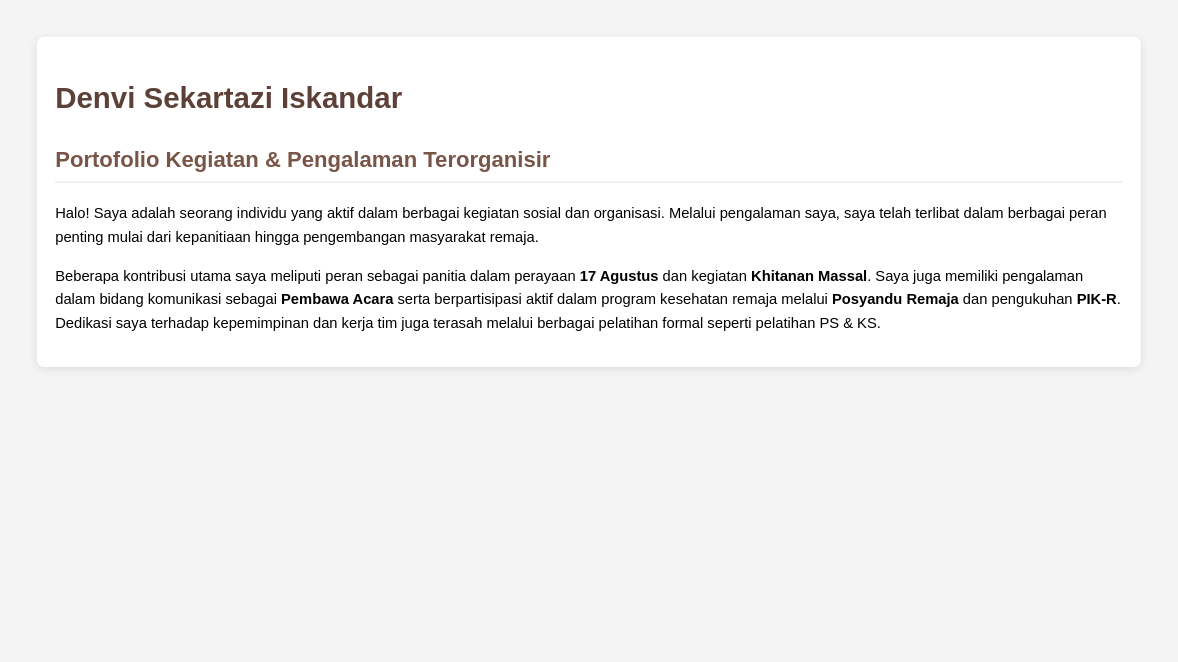
Repository: sekartazivi/241552010020-Web-Application-Development
Page: tugas pertemuan 2/latihan1.html
These files come from the project's save history. The page is drawn as it stood at one moment and after a run of saves; the edit follows.
The browser window is 1280 px wide. The pictures show the whole page, at 92% of full size.

Above is the page before, as saved 2026-02-23 13:18:19.

### tugas pertemuan 2/latihan1.html
<!DOCTYPE html>
<html lang="id">
<head>
    <meta charset="UTF-8">
    <meta name="viewport" content="width=device-width, initial-scale=1.0">
    <title>Portofolio Denvi Sekartazi Iskandar</title>
    <style>
        body {
            font-family: Arial, sans-serif;
            line-height: 1.6;
            margin: 40px;
            background-color: #f4f4f4;
        }
        .container {
            background: white;
            padding: 20px;
            border-radius: 8px;
            box-shadow: 0 2px 10px rgba(0,0,0,0.1);
        }
        h1 {
            color: #5d4037;
        }
        h2 {
            color: #795548;
            border-bottom: 2px solid #eee;
            padding-bottom: 5px;
        }
    </style>
</head>
<body>

    <div class="container">
        <h1>Denvi Sekartazi Iskandar</h1>
        <h2>Portofolio Kegiatan & Pengalaman Terorganisir</h2>

        <p>
            Halo! Saya adalah seorang individu yang aktif dalam berbagai kegiatan sosial dan organisasi.
            Melalui pengalaman saya, saya telah terlibat dalam berbagai peran penting mulai dari kepanitiaan
            hingga pengembangan masyarakat remaja.
        </p>

        <p>
            Beberapa kontribusi utama saya meliputi peran sebagai panitia dalam perayaan <strong>17 Agustus</strong>
            dan kegiatan <strong>Khitanan Massal</strong>. Saya juga memiliki pengalaman dalam bidang komunikasi
            sebagai <strong>Pembawa Acara</strong> serta berpartisipasi aktif dalam program kesehatan remaja melalui
            <strong>Posyandu Remaja</strong> dan pengukuhan <strong>PIK-R</strong>. Dedikasi saya terhadap kepemimpinan
            dan kerja tim juga terasah melalui berbagai pelatihan formal seperti pelatihan PS & KS.
        </p>
    </div>

</body>
</html>

After the next 2 saves:
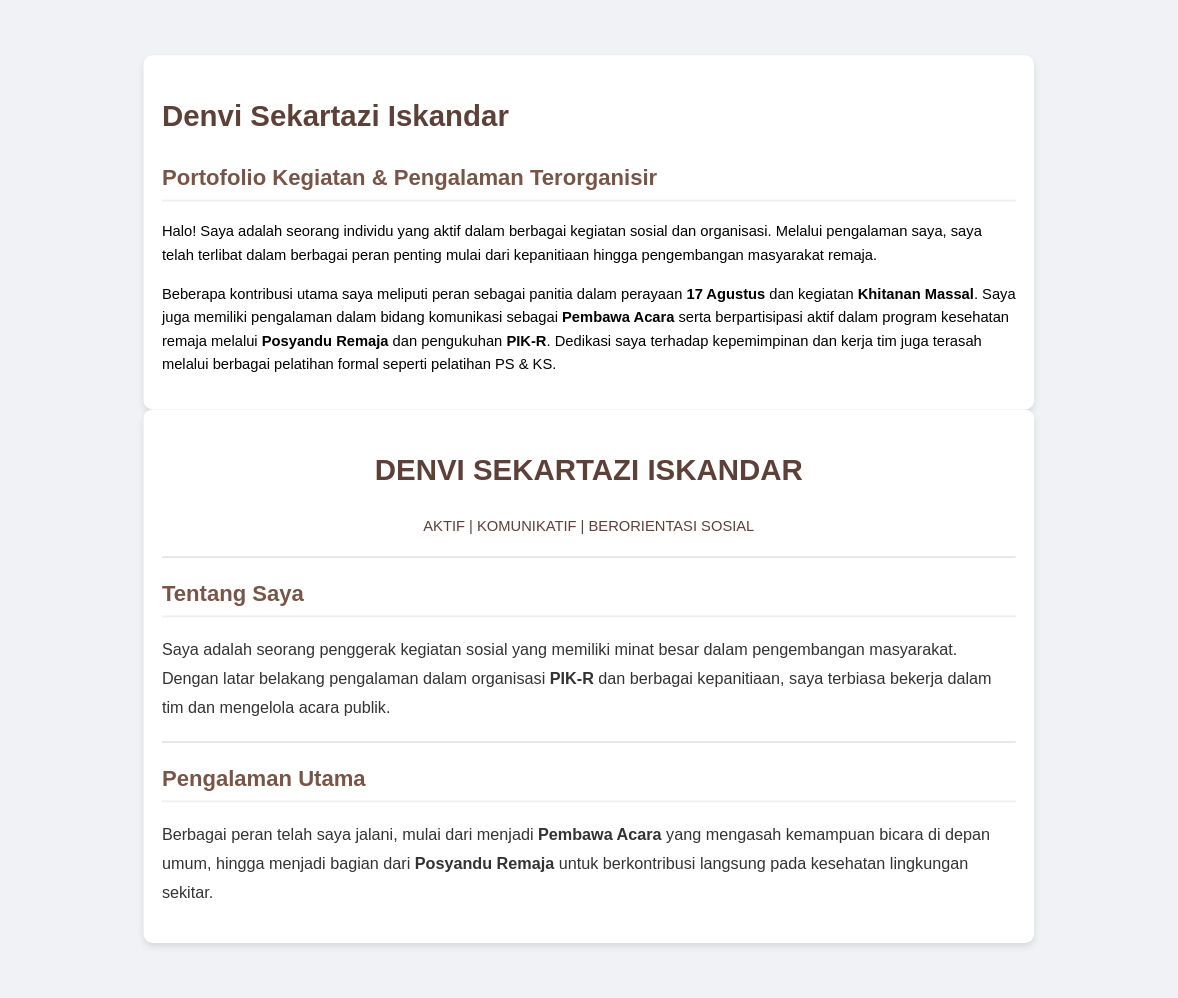
The 2 saves are shown as one change because they came seconds apart.
The last was saved 4 min 34 s later.
--- a/tugas pertemuan 2/latihan1.html
+++ b/tugas pertemuan 2/latihan1.html
@@ -50,3 +50,81 @@
 
 </body>
 </html>
+
+
+<!DOCTYPE html>
+<html lang="id">
+<head>
+    <meta charset="UTF-8">
+    <meta name="viewport" content="width=device-width, initial-scale=1.0">
+    <title>Halaman Personal - Denvi Sekartazi</title>
+    <style>
+        /* Menggunakan Class untuk styling umum */
+        .container {
+            width: 80%;
+            margin: auto;
+            background-color: #ffffff;
+            padding: 20px;
+            border-radius: 10px;
+            box-shadow: 0px 4px 8px rgba(0,0,0,0.1);
+        }
+
+        /* Menggunakan ID untuk elemen spesifik */
+        #main-header {
+            text-align: center;
+            color: #5d4037;
+            text-transform: uppercase;
+        }
+
+        .section-title {
+            color: #795548;
+            margin-top: 20px;
+        }
+
+        .description {
+            font-size: 1.1em;
+            color: #333;
+            line-height: 1.8;
+        }
+
+        hr {
+            border: 0;
+            height: 1px;
+            background: #ccc;
+            margin: 20px 0;
+        }
+    </style>
+</head>
+<body style="background-color: #f0f2f5; padding: 20px;">
+
+    <div class="container">
+
+        <header id="main-header">
+            <h1>Denvi Sekartazi Iskandar</h1>
+            <p>Aktif | Komunikatif | Berorientasi Sosial</p>
+        </header>
+
+        <hr> <div id="about-me" class="content-section">
+            <h2 class="section-title">Tentang Saya</h2>
+            <p class="description">
+                Saya adalah seorang penggerak kegiatan sosial yang memiliki minat besar dalam pengembangan masyarakat.
+                Dengan latar belakang pengalaman dalam organisasi <strong>PIK-R</strong> dan berbagai kepanitiaan,
+                saya terbiasa bekerja dalam tim dan mengelola acara publik.
+            </p>
+        </div>
+
+        <hr>
+
+        <div id="experience" class="content-section">
+            <h2 class="section-title">Pengalaman Utama</h2>
+            <p class="description">
+                Berbagai peran telah saya jalani, mulai dari menjadi <strong>Pembawa Acara</strong> yang mengasah
+                kemampuan bicara di depan umum, hingga menjadi bagian dari <strong>Posyandu Remaja</strong>
+                untuk berkontribusi langsung pada kesehatan lingkungan sekitar.
+            </p>
+        </div>
+
+    </div>
+
+</body>
+</html>

After the save that followed:
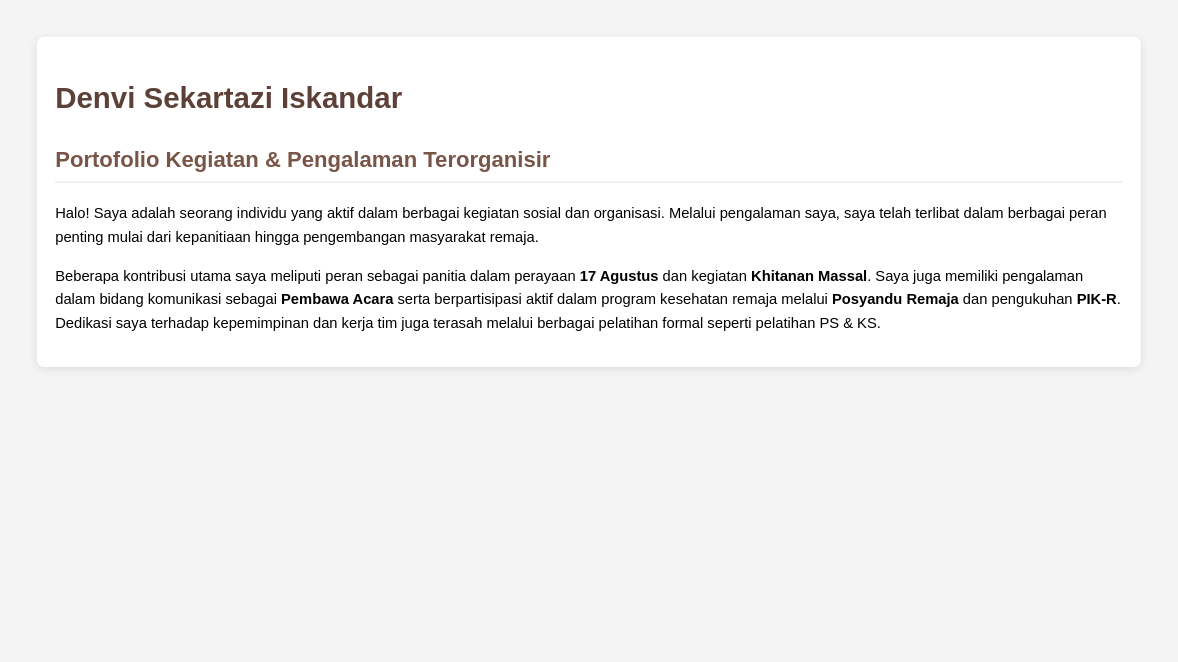
Saved 49 s later.
--- a/tugas pertemuan 2/latihan1.html
+++ b/tugas pertemuan 2/latihan1.html
@@ -50,81 +50,3 @@
 
 </body>
 </html>
-
-
-<!DOCTYPE html>
-<html lang="id">
-<head>
-    <meta charset="UTF-8">
-    <meta name="viewport" content="width=device-width, initial-scale=1.0">
-    <title>Halaman Personal - Denvi Sekartazi</title>
-    <style>
-        /* Menggunakan Class untuk styling umum */
-        .container {
-            width: 80%;
-            margin: auto;
-            background-color: #ffffff;
-            padding: 20px;
-            border-radius: 10px;
-            box-shadow: 0px 4px 8px rgba(0,0,0,0.1);
-        }
-
-        /* Menggunakan ID untuk elemen spesifik */
-        #main-header {
-            text-align: center;
-            color: #5d4037;
-            text-transform: uppercase;
-        }
-
-        .section-title {
-            color: #795548;
-            margin-top: 20px;
-        }
-
-        .description {
-            font-size: 1.1em;
-            color: #333;
-            line-height: 1.8;
-        }
-
-        hr {
-            border: 0;
-            height: 1px;
-            background: #ccc;
-            margin: 20px 0;
-        }
-    </style>
-</head>
-<body style="background-color: #f0f2f5; padding: 20px;">
-
-    <div class="container">
-
-        <header id="main-header">
-            <h1>Denvi Sekartazi Iskandar</h1>
-            <p>Aktif | Komunikatif | Berorientasi Sosial</p>
-        </header>
-
-        <hr> <div id="about-me" class="content-section">
-            <h2 class="section-title">Tentang Saya</h2>
-            <p class="description">
-                Saya adalah seorang penggerak kegiatan sosial yang memiliki minat besar dalam pengembangan masyarakat.
-                Dengan latar belakang pengalaman dalam organisasi <strong>PIK-R</strong> dan berbagai kepanitiaan,
-                saya terbiasa bekerja dalam tim dan mengelola acara publik.
-            </p>
-        </div>
-
-        <hr>
-
-        <div id="experience" class="content-section">
-            <h2 class="section-title">Pengalaman Utama</h2>
-            <p class="description">
-                Berbagai peran telah saya jalani, mulai dari menjadi <strong>Pembawa Acara</strong> yang mengasah
-                kemampuan bicara di depan umum, hingga menjadi bagian dari <strong>Posyandu Remaja</strong>
-                untuk berkontribusi langsung pada kesehatan lingkungan sekitar.
-            </p>
-        </div>
-
-    </div>
-
-</body>
-</html>
